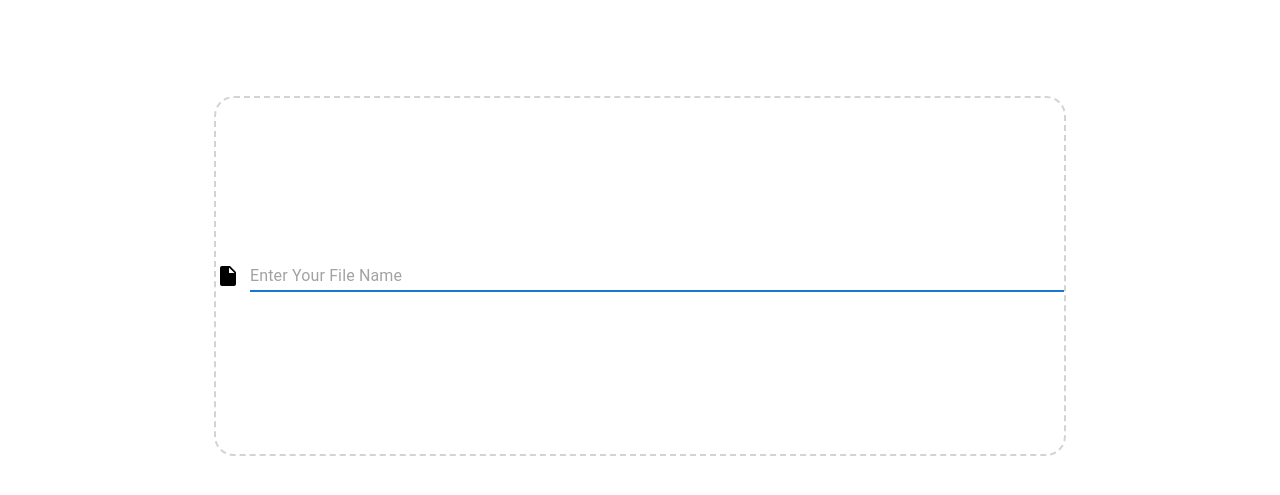
Repository: BhushanPatil-121/pdf-upload-nextjs
Page: /
An editor plug-in stored every save of this project. The page is shown before and after a run of saves, followed by the edit.
The browser window is 1280 px wide. The pictures show the whole page.
The project was rebuilt for these pictures with package versions that can differ from the ones it lists, and the page was loaded fresh each time. The framework's server and built-in components were replaced by stand-ins that run in the browser. Also part of the build but not shown: next.config.mjs.

Above is the page before, as saved 2024-02-29 11:33:56.

### src/app/page.tsx
"use client"
import styles from "./page.module.css";
import { styled } from '@mui/material/styles';
import Button from '@mui/material/Button';
import CloudUploadIcon from '@mui/icons-material/CloudUpload';
import { useState } from 'react';
import { Alert, Box, Card, Container, Stack, TextField } from "@mui/material";
import InsertDriveFileIcon from '@mui/icons-material/InsertDriveFile';
import SendIcon from '@mui/icons-material/Send';
import LoadingButton from '@mui/lab/LoadingButton';
import { CloudDownload } from "@mui/icons-material";

const VisuallyHiddenInput = styled('input')({
  clip: 'rect(0 0 0 0)',
  clipPath: 'inset(50%)',
  height: 1,
  overflow: 'hidden',
  position: 'absolute',
  bottom: 0,
  left: 0,
  whiteSpace: 'nowrap',
  width: 1,
});

export default function Home() {
  const [loading, setLoading] = useState(false);
  const [uploading, setUploding] = useState(false);
  const [fileName, setFileName] = useState<string>("")
  const [defaultFileName, setDefaultFileName] = useState<string>("")
  const [file, setFile] = useState<string>("")
  function handleClick(e: any) {
    setLoading(true);
    setTimeout(() => setLoading(false), 3000);
    setTimeout(() => {
      setUploding(true)
      setFileName("")
      setFile("")
    }, 3000);
    setTimeout(() => setUploding(false), 6000);
    e.preventDefault();
    let formData = new FormData();
    formData.append('filename', fileName);
    formData.append('file', file);
    console.log(fileName, file);
  }
  return (
    <main className={styles.main}>
      <Container maxWidth="md">
        <Box  className={styles.mainContainer }
        sx={{  height: '50vh' }}>
           <div className={styles.mainFormSubContainer1}>
              <InsertDriveFileIcon />
              <Box sx={{width:'100%'}}>
              <TextField
                id="standard-basic"
                fullWidth
                placeholder="Enter Your File Name"
                value={fileName}
                autoFocus
                onChange={(e) => { setFileName(e.target.value) }}
                variant="standard" />
              </Box>
            </div>
        </Box>
      </Container>
    </main>
  );
}

### src/app/globals.css


* {
  box-sizing: border-box;
  padding: 0;
  margin: 0;
}

html,
body {
  max-width: 100vw;
  overflow-x: hidden;
}


a {
  color: inherit;
  text-decoration: none;
}

### src/app/page.module.css
.main {
  display: flex;
  flex-direction: column;
  justify-content: start;
  gap: 20px;
  align-items: center;
  padding: 6rem 0;
  min-height: 100vh;
}

.mainContainer {
  display: flex;
  flex-direction: column;
  justify-content: center;
  align-items: center;
  /* padding: 50px 100px; */
  border-radius: 20px;
  border: dashed 2px lightgrey;
}

.mainHeading {
  color: grey;
}

.mainForm {
  display: flex;
  flex-direction: column;
  align-items: center;
  justify-content: center;
  width: 100%;
  padding: 10px;
  border-radius: 10px;
}

.mainFormContainer {
  display: flex;
  flex-direction: column;
  align-items: center;
  justify-content: center;
  width: 100%;
  height: 100%;
  border: 1px solid grey;
  border-radius: 5px;
  padding: 10px;
  gap: 10px;
  margin: 20px;
}

.mainFormSubContainer1 {
  display: flex;
  flex-direction: row;
  align-items: center;
  justify-content: center;
  gap: 10px;
  width: 100%;
}

.mainFormSubContainer2 {
  display: flex;
  flex-direction: row;
  align-items: center;
  justify-content: space-evenly;
  gap: 10px;
  width: 100%;

}

Loaded but not shown: src/app/layout.tsx (common file)

After the next 2 saves:
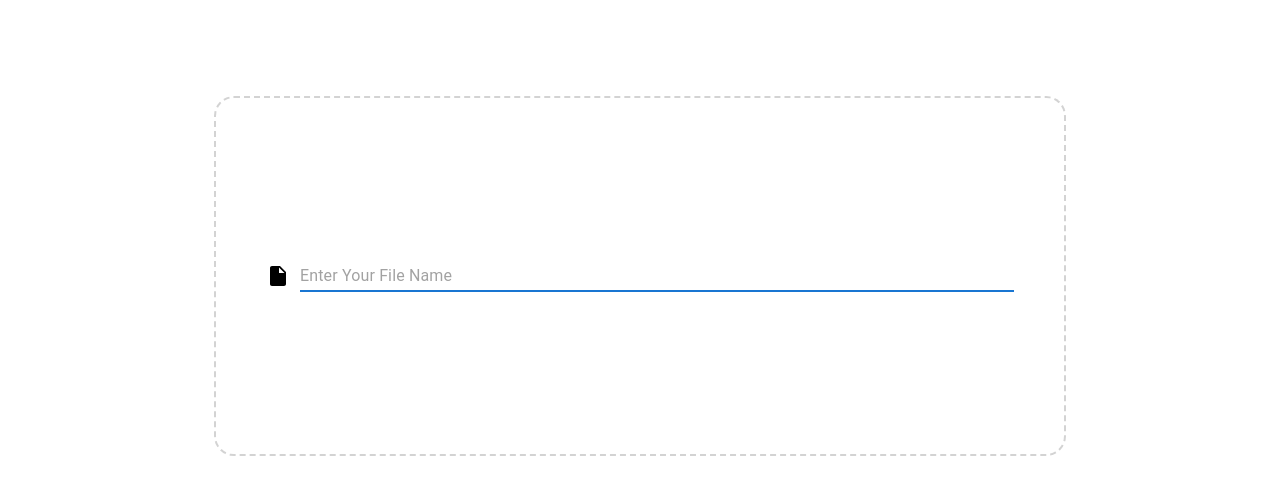
The 2 saves are shown as one change because they came seconds apart.
The last was saved 16 s later.
--- a/src/app/page.module.css
+++ b/src/app/page.module.css
@@ -13,7 +13,7 @@
   flex-direction: column;
   justify-content: center;
   align-items: center;
-  /* padding: 50px 100px; */
+  padding: 50px ;
   border-radius: 20px;
   border: dashed 2px lightgrey;
 }

After the save that followed:
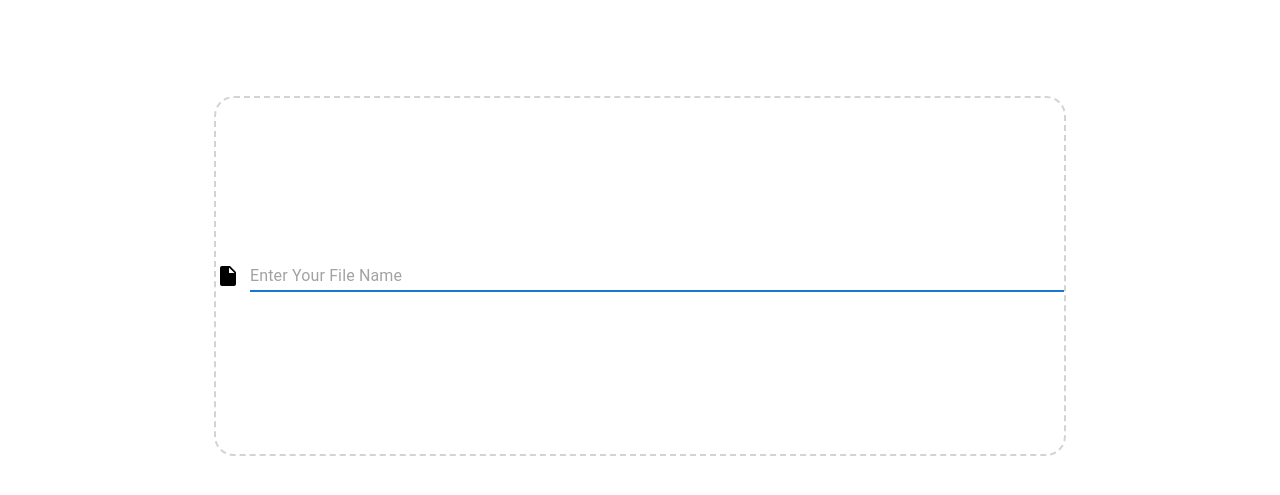
Saved 14 s later.
--- a/src/app/page.module.css
+++ b/src/app/page.module.css
@@ -13,7 +13,6 @@
   flex-direction: column;
   justify-content: center;
   align-items: center;
-  padding: 50px ;
   border-radius: 20px;
   border: dashed 2px lightgrey;
 }
